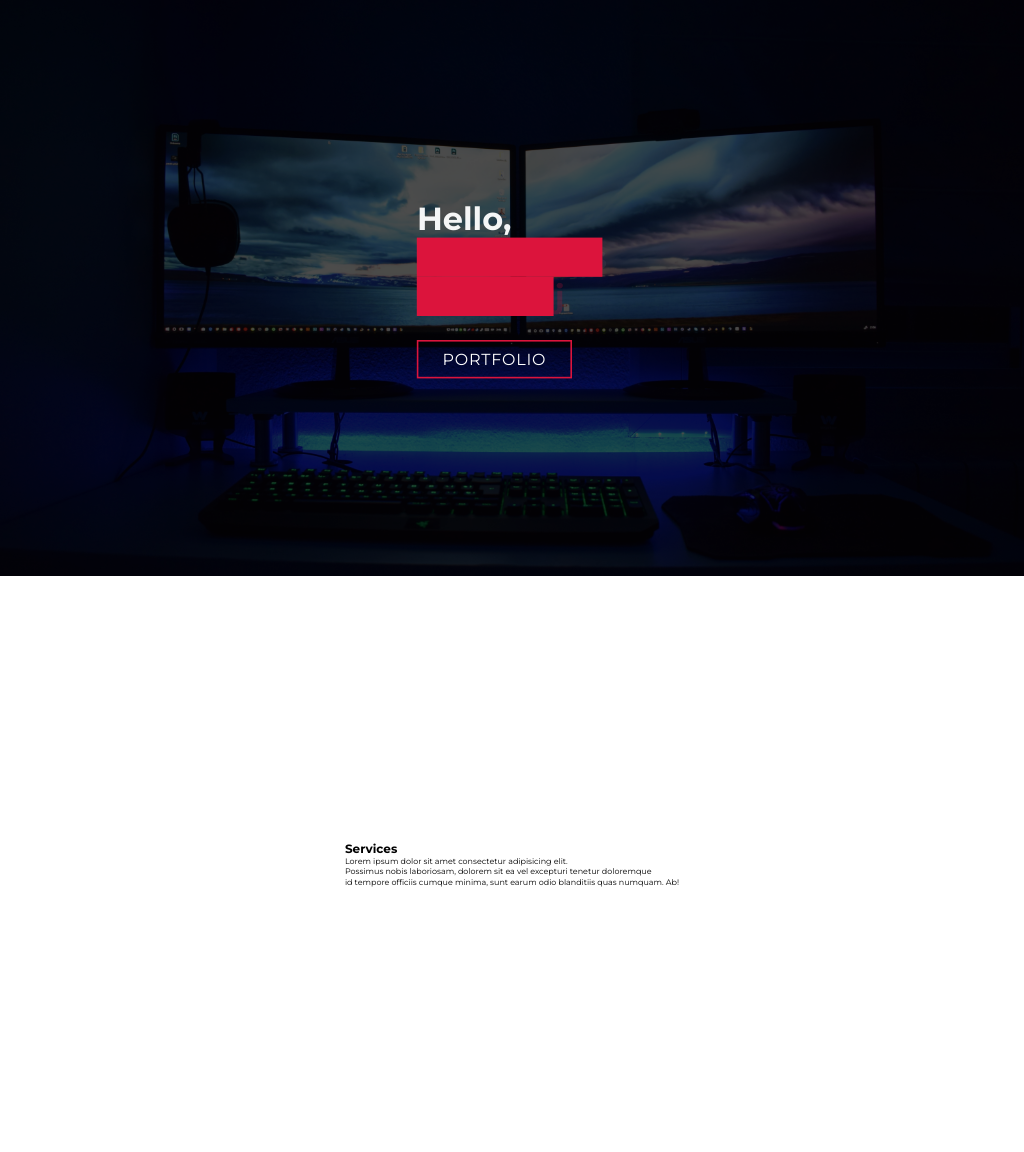
Repository: MintuKrishnan/subrahmanyam-batch
Page: front-end/deshraj/index.html
The author's editor kept a copy of each file at every save. The page is drawn from the files as they stood at one save, then again after the next save.
The browser window is 1280 px wide. The pictures show the whole page, at 80% of full size.

Above is the page before, as saved 2021-03-08 09:38:37.

After the next save:
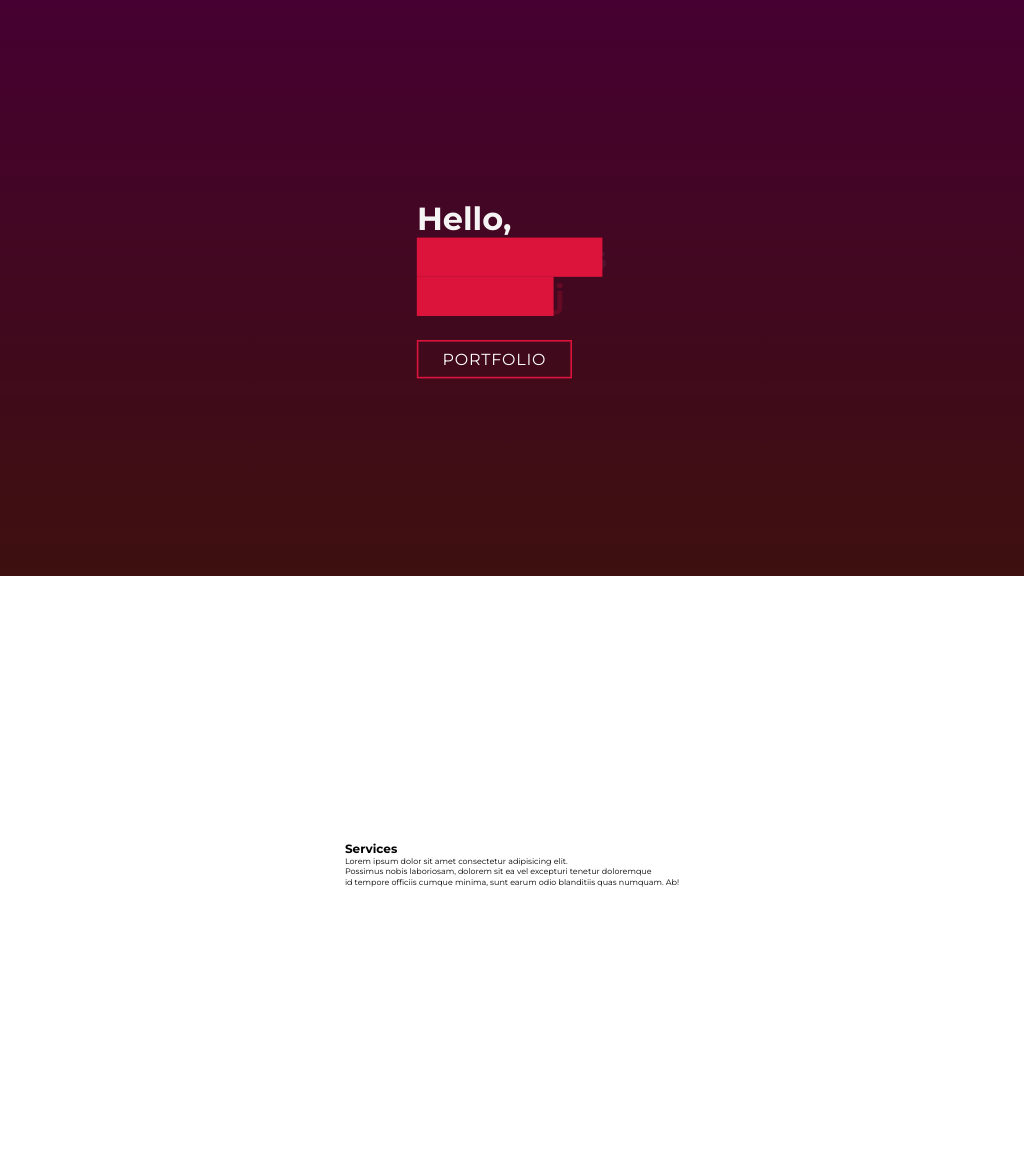
Not found: front-end/deshraj/IMAGE_URL
Saved 74 s later.
--- a/front-end/deshraj/style.css
+++ b/front-end/deshraj/style.css
@@ -22,7 +22,8 @@
 
 /* hero section */
 #hero {
-  background-image: url(./siteimg.jpg);
+  /* background-image: url(./siteimg.jpg); */
+  background-image: url('IMAGE_URL'), linear-gradient(#eb01a5, #d13531);
   background-size: cover;
   background-position: top center;
   position: relative;

After the save that followed:
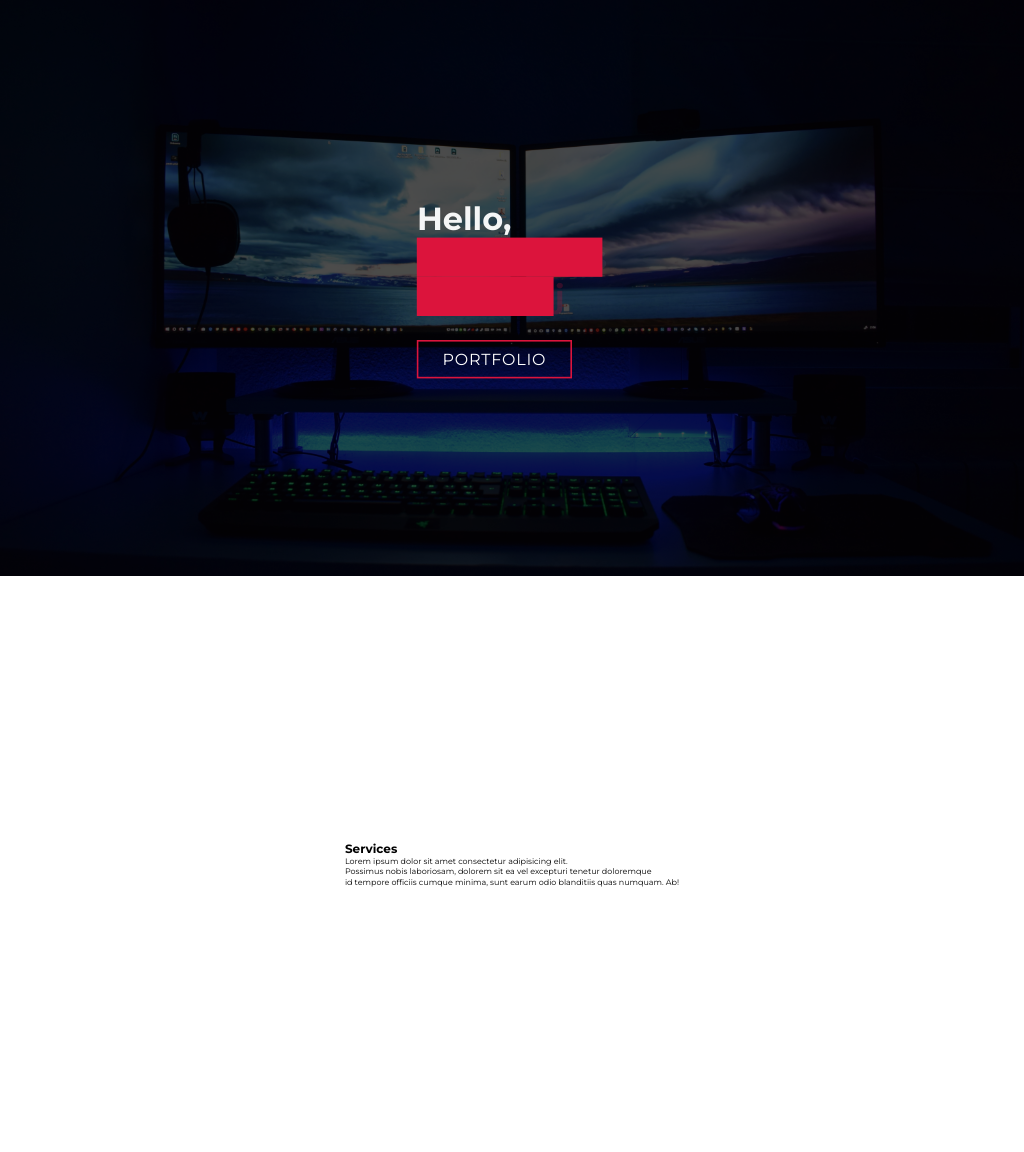
Saved 7 s later.
--- a/front-end/deshraj/style.css
+++ b/front-end/deshraj/style.css
@@ -23,7 +23,7 @@
 /* hero section */
 #hero {
   /* background-image: url(./siteimg.jpg); */
-  background-image: url('IMAGE_URL'), linear-gradient(#eb01a5, #d13531);
+  background-image: url('./siteimg.jpg'), linear-gradient(#eb01a5, #d13531);
   background-size: cover;
   background-position: top center;
   position: relative;
